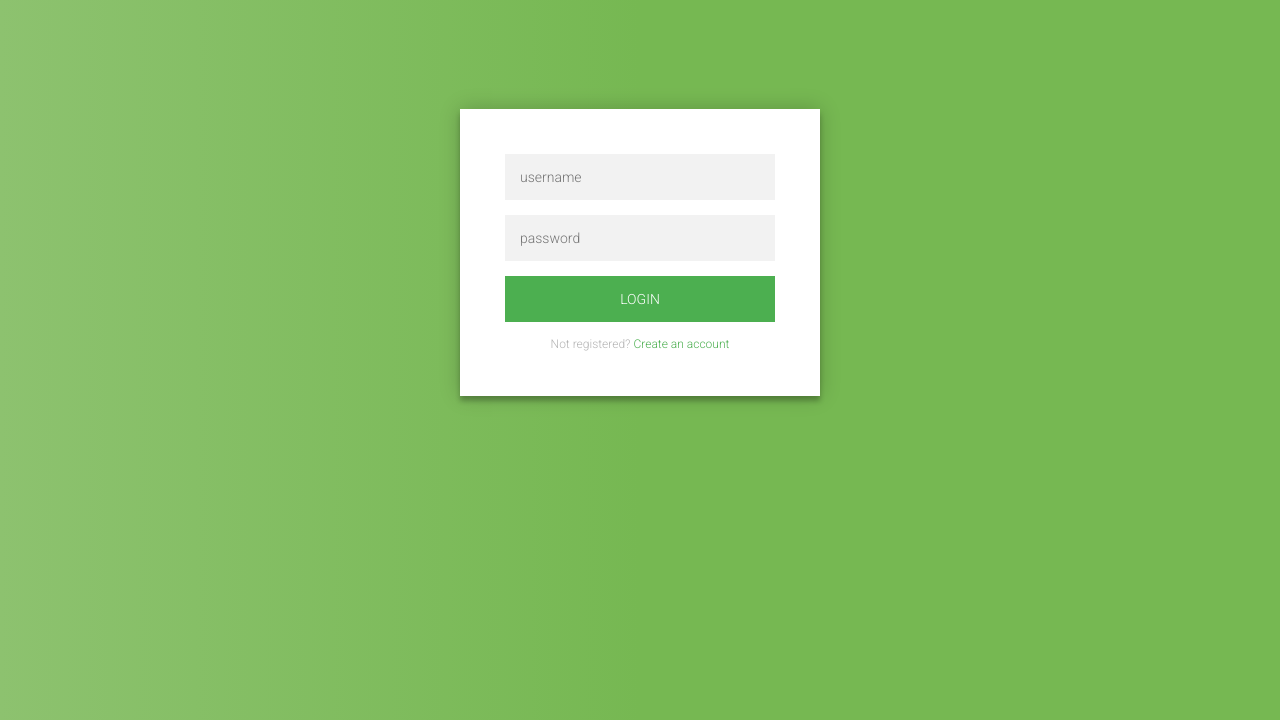
Repository: Ajay9554/javaPrograms
Page: http://localhost/loginPage/
The author's editor kept a copy of each file at every save. The page is drawn from the files as they stood at one save, then again after the next save.
The browser window is 1280 px wide. The pictures show the whole page.
The page is served by Tomcat 9.

Above is the page before, as saved 2023-10-15 13:27:53.
Console error: ReferenceError: $ is not defined

After the next save:
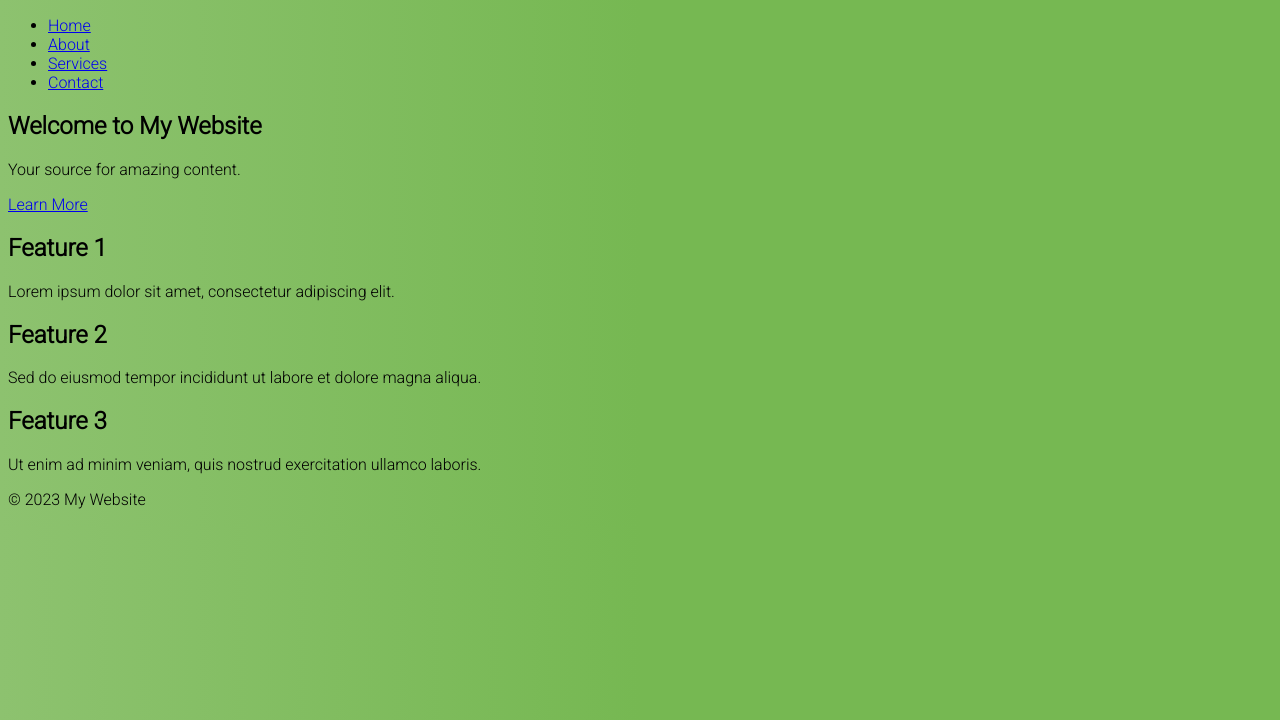
The error is gone.
Saved 5 h 21 min later.
--- a/eclipse-workspace/aug1pro/loginPage/src/main/webapp/index.jsp
+++ b/eclipse-workspace/aug1pro/loginPage/src/main/webapp/index.jsp
@@ -1,31 +1,50 @@
 <%@ page language="java" contentType="text/html; charset=UTF-8"
-    pageEncoding="UTF-8"%>
+	pageEncoding="UTF-8"%>
 <!DOCTYPE html>
-<html>
+<html lang="en">
 <head>
 <meta charset="UTF-8">
-<title>Insert title here</title>
-<link rel="stylesheet" href="css/style.css">
+<meta name="viewport" content="width=device-width, initial-scale=1.0">
+<link rel="stylesheet" type="text/css" href="css/style.css">
+<title>My Website</title>
 </head>
 <body>
-<div class="login-page">
-  <div class="form">
-    <form class="register-form">
-      <input type="text" placeholder="name"/>
-      <input type="password" placeholder="password"/>
-      <input type="text" placeholder="email address"/>
-      <button>create</button>
-      <p class="message">Already registered? <a href="#">Sign In</a></p>
-    </form>
-    <form class="login-form">
-      <input type="text" placeholder="username"/>
-      <input type="password" placeholder="password"/>
-      <button>login</button>
-      <p class="message">Not registered? <a href="#">Create an account</a></p>
-    </form>
-  </div>
-</div>
+	<header>
+		<nav>
+			<ul>
+				<li><a href="#">Home</a></li>
+				<li><a href="#">About</a></li>
+				<li><a href="#">Services</a></li>
+				<li><a href="#">Contact</a></li>
+			</ul>
+		</nav>
+	</header>
 
-<script src="js/script.js"></script>
+	<section class="hero">
+		<h1>Welcome to My Website</h1>
+		<p>Your source for amazing content.</p>
+		<a href="#" class="btn">Learn More</a>
+	</section>
+
+	<section class="features">
+		<div class="feature">
+			<h2>Feature 1</h2>
+			<p>Lorem ipsum dolor sit amet, consectetur adipiscing elit.</p>
+		</div>
+		<div class="feature">
+			<h2>Feature 2</h2>
+			<p>Sed do eiusmod tempor incididunt ut labore et dolore magna
+				aliqua.</p>
+		</div>
+		<div class="feature">
+			<h2>Feature 3</h2>
+			<p>Ut enim ad minim veniam, quis nostrud exercitation ullamco
+				laboris.</p>
+		</div>
+	</section>
+
+	<footer>
+		<p>&copy; 2023 My Website</p>
+	</footer>
 </body>
 </html>
